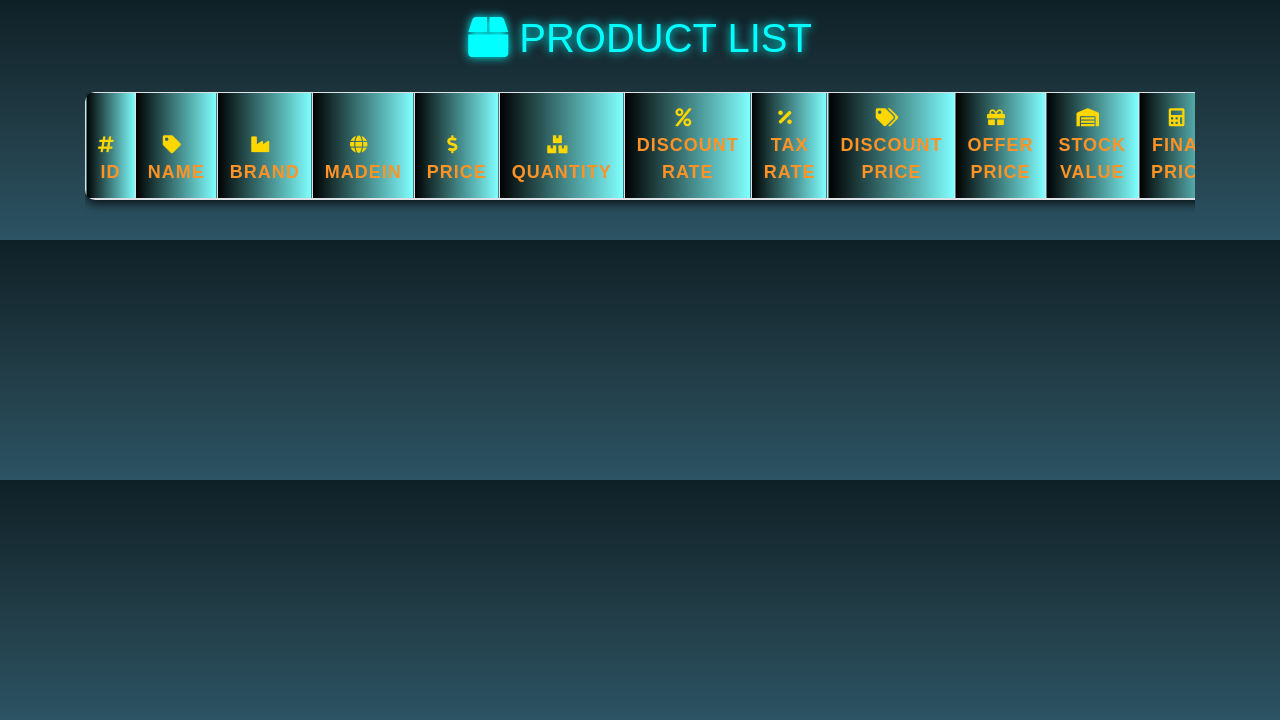
Repository: Ravi-kishor-09/Ravi-projects
Page: http://localhost/product-list
An editor plug-in stored every save of this project. The page is shown before and after the next save, followed by the edit.
The browser window is 1280 px wide. The pictures show the whole page.
The page is this project's Thymeleaf template; nobody is signed in. The template is opened directly, without the code that normally fills it, so the values that code supplies are empty.

Above is the page before, as saved 2024-12-20 19:30:55.

After the next save:
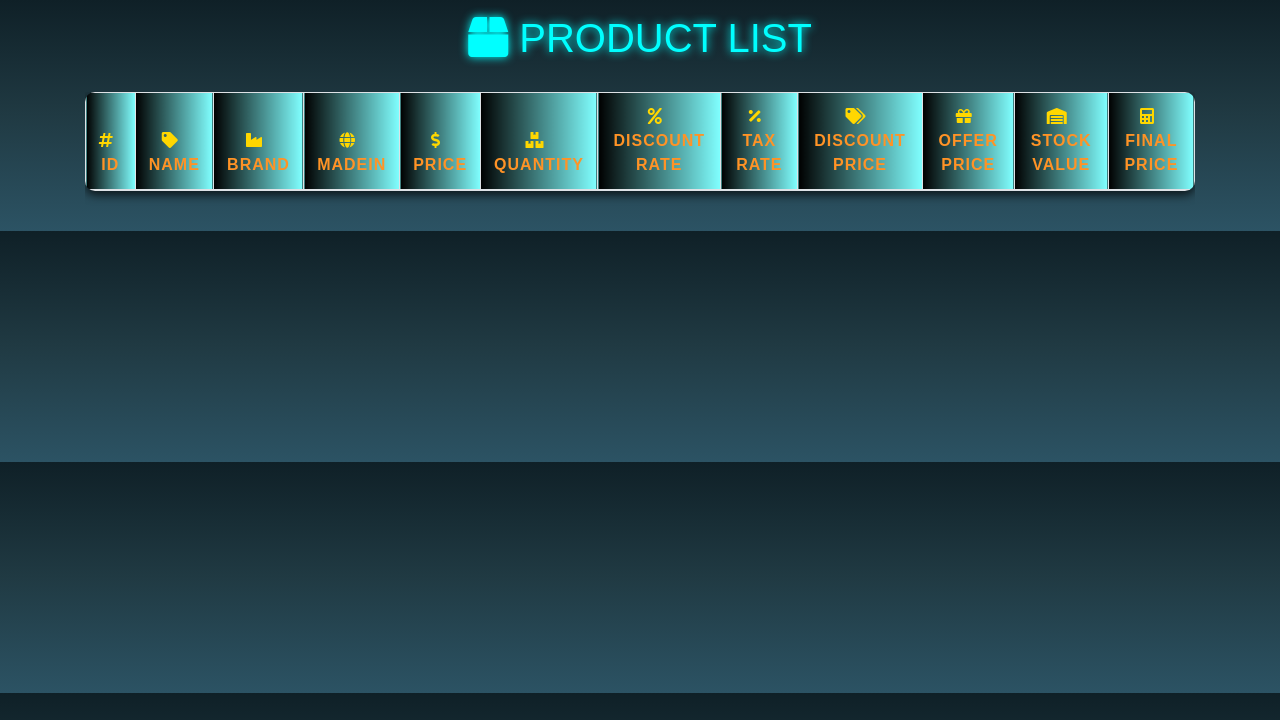
Saved 32 s later.
--- a/spring1/src/main/resources/templates/product-list.html
+++ b/spring1/src/main/resources/templates/product-list.html
@@ -37,7 +37,7 @@
             background: linear-gradient(90deg, rgb(0, 0, 0), rgb(128, 255, 255));
             color: rgb(255, 147, 38);
             font-weight:bolder;
-			font-size: large;
+			font-size: medium;
             text-transform: uppercase;
             letter-spacing: 1px;
         }
